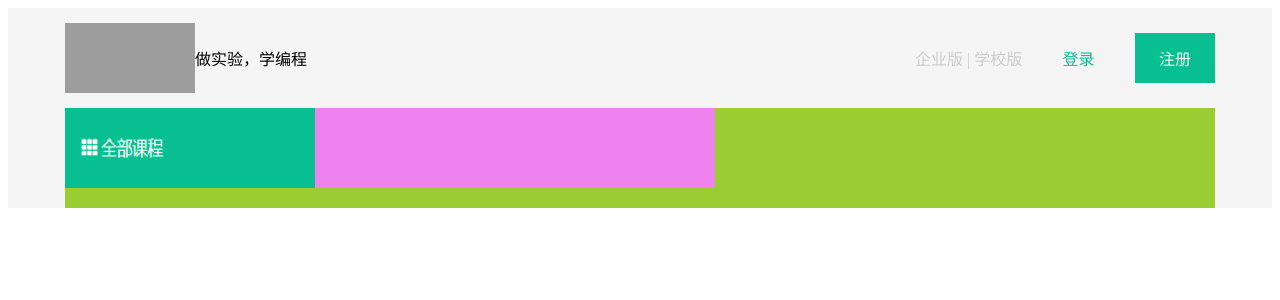
Repository: wuguozheng/xxbb
Page: /
The author's editor kept a copy of each file at every save. The page is drawn from the files as they stood at one save, then again after the next save.
The browser window is 1280 px wide. The pictures show the whole page.
Pictures or frames that could not be fetched are drawn as grey boxes. The project was rebuilt for these pictures with package versions that can differ from the ones it lists, and the page was loaded fresh each time.

Above is the page before, as saved 2020-06-01 13:43:11.

After the next save:
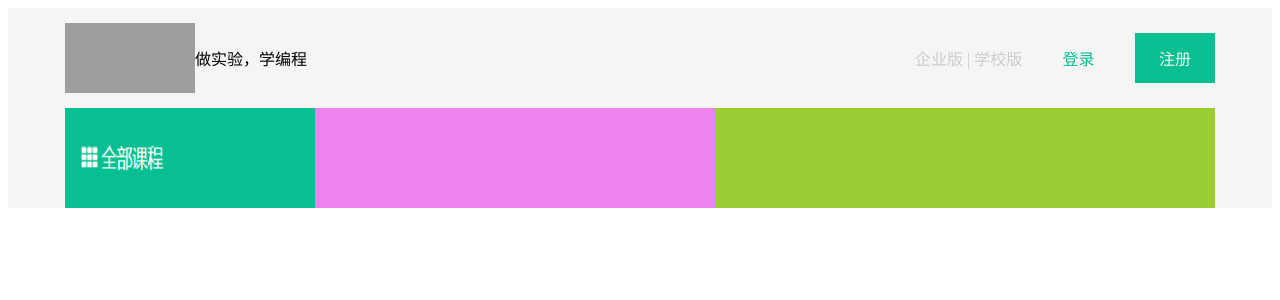
Saved 54 s later.
--- a/src/components/home/Mxs1.vue
+++ b/src/components/home/Mxs1.vue
@@ -20,7 +20,7 @@
       </div>
       <div class="run">
         <div class="run-1">
-          <img src="../home/QQ截图20200601133655.png" alt="" width="250" height="80">
+          <img src="../home/QQ截图20200601133655.png" alt="" width="250" height="100">
         </div>
       </div>
     </div>
@@ -111,7 +111,7 @@ export default {
 }
 .run-1 {
   width: 650px;
-  height: 80px;
+  height: 100px;
   background: violet;
 }
 </style>
